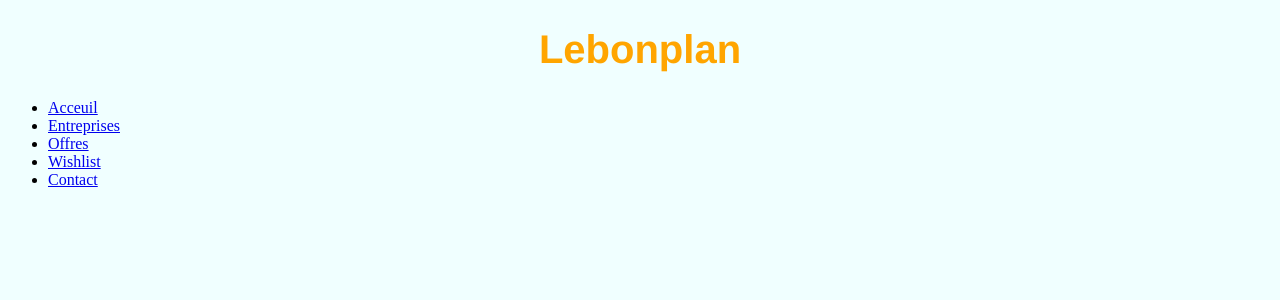
Repository: Guyllem/GroupeWeb
Page: index.html
An editor plug-in stored every save of this project. The page is shown before and after a run of saves, followed by the edit.
The browser window is 1280 px wide. The pictures show the whole page.

Above is the page before, as saved 2025-01-31 18:55:49.

After the next 4 saves:
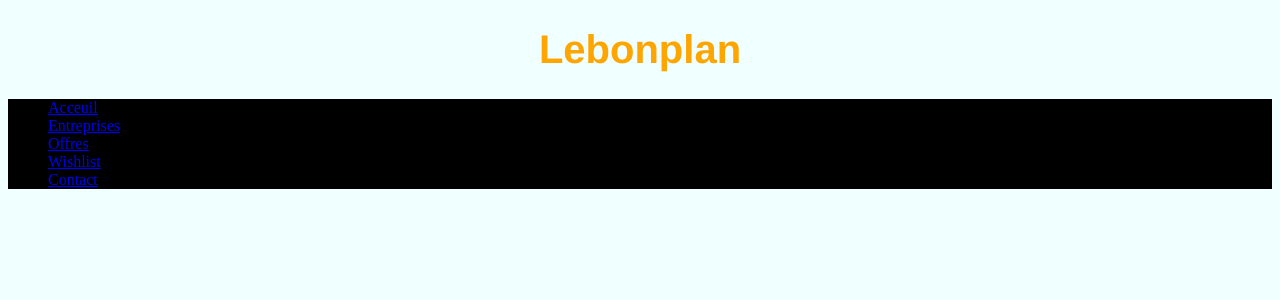
The 4 saves are shown as one change because they came seconds apart.
The last was saved 18 s later.
--- a/styles.css
+++ b/styles.css
@@ -9,3 +9,7 @@
     text-align: center;
     font-size:250%;
 }
+
+nav{
+    background-color: black;
+}
